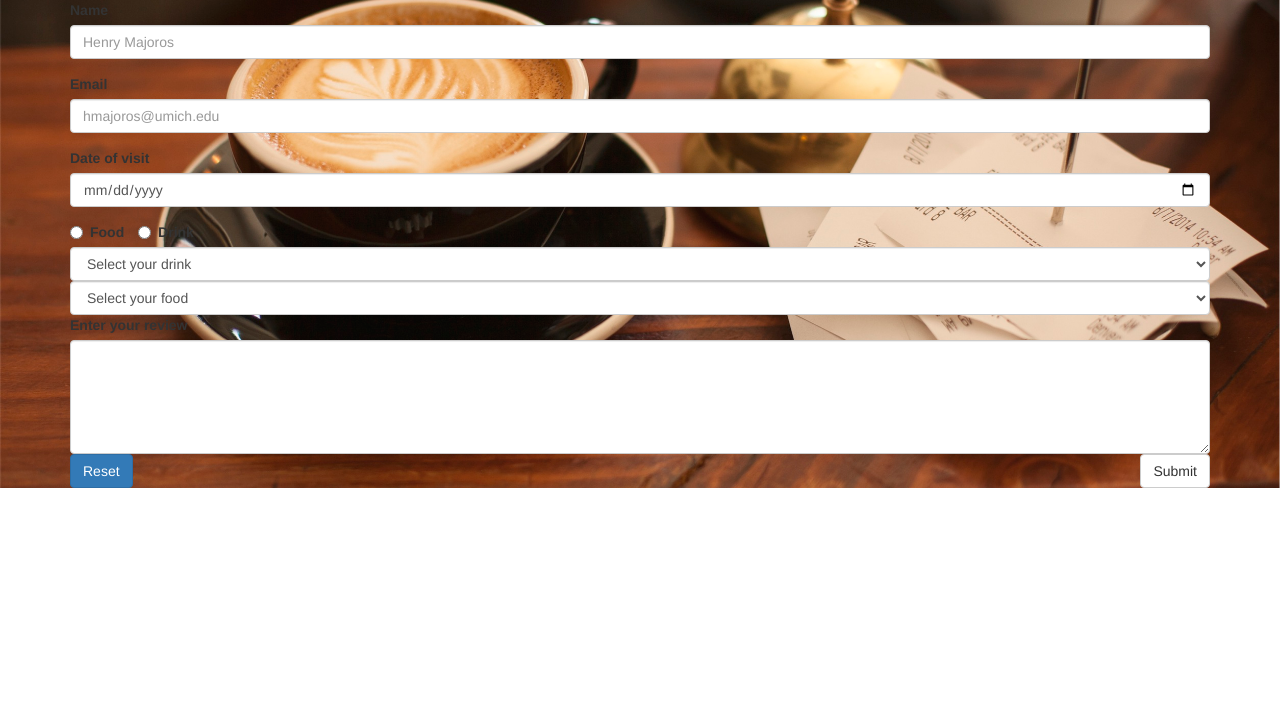
Repository: hmajoros/labcoffee
Page: http://localhost/form.html
The author's editor kept a record of every edit. The page is drawn from the files as they stood at one moment, then again after the next edit.
The browser window is 1280 px wide. The pictures show the whole page.
The page is run by PHP 8.4 with error messages shown; the project is at /var/www/html/.

Above is the page before.
Console error: SyntaxError: Unexpected token ';'

### form.html
<!DOCTYPE html>
<html lang="en"><head><meta http-equiv="Content-Type" content="text/html; charset=UTF-8">
    <meta charset="utf-8">
    <meta http-equiv="X-UA-Compatible" content="IE=edge">
    <meta name="viewport" content="width=device-width, initial-scale=1">

    <title>LAB coffee</title>

    <!-- Bootstrap core CSS -->
    <link href="stylesheets/bootstrap.min.css" rel="stylesheet">

    <!-- Custom styles for this template -->
    <link href="stylesheets/form.css" rel="stylesheet">

    <!-- HTML5 shim and Respond.js for IE8 support of HTML5 elements and media queries -->
    <!--[if lt IE 9]>
      <script src="https://oss.maxcdn.com/html5shiv/3.7.2/html5shiv.min.js"></script>
      <script src="https://oss.maxcdn.com/respond/1.4.2/respond.min.js"></script>
    <![endif]-->
  </head>

  <body>

    <div class="bg-full">

        <div class="container">
                <form>
                    <div class="form-group">
                      <label for="name">Name</label>
                      <input type="text" class="form-control" id="name" placeholder="Henry Majoros" required>
                    </div>
                    <div class="form-group">
                        <label for="email">Email</label>
                        <input type="email" class="form-control" id="email" placeholder="hmajoros@umich.edu">
                    </div>
                    <div class="form-group">
                        <label for="date">Date of visit</label>
                        <input type="date" class="form-control" id="date">
                    </div>
                    <div class="radio-inline">
                        <label><input type="radio">Food</label>
                    </div>
                    <div class="radio-inline">
                        <label><input type="radio">Drink</label>
                    </div>

                    <select class="form-control">
                        <option>Select your drink</option>

                        <optgroup label="HOT DRINKS">

                           <option>espresso</option>
                           <option>latte</option>
                           <option>macchiato</option>
                           <option>cappuccino</option>
                           <option>cafe con miel</option>
                           <option>americano</option>
                           <option>mocha</option>
                           <option>chai</option>
                           <option>hot chocolate</option>

                    <optgroup label="TEA">

                        <option>white peony organic</option>
                        <option>white jasmine peach organic</option>
                        <option>green jasmine organic</option>
                        <option>green moroccan mint</option>
                        <option>green dragon well</option>
                        <option>green himalayan jade</option>
                        <option>oolong baa zhong</option>
                        <option>oolong coconut</option>
                        <option>oolong iron goddess of mercy</option>
                        <option>oolong magnolia blossom</option>
                        <option>oolong lightly baked qin xin</option>
                        <option>black earl grey organic</option>
                        <option>black english breakfast</option>
                        <option>black vanilla</option>
                        <option>herbal blend 333 organic</option>
                        <option>herbal king crimson organic</option>
                        <option>herbal chamomile</option>
                        <option>herbal serene dream</option>
                        <option>yerba mate</option>

                           <optgroup label="COLD DRINKS">

                               <option>iced coffee cold brew</option>
                               <option>iced tea black classic</option>
                               <option>iced tea green moroccan mint</option>
                               <option>iced tea oolong plum</option>
                               <option>iced tea jasmine peach</option>
                               <option>iced tea ginger with fresh lemon</option>
                               <option>soda italian</option>
                               <option>soda french</option>
                               <option>perrier</option>

                                <optgroup label="FROZEN YOGURT">

                               <option>Chocolate</option>
                               <option>Vanilla</option>

                               <optgroup label="SNACKS">

                                <option>gluten free snacks</option>
                                <option>breads</option>
                                <option>brownies</option>
                                <option>cake by the slice</option>
                                <option>cookies</option>
                                <option>macarons</option>
                                <option>muffins</option>




                    </select>

                    <select class="form-control">
                        <option>Select your food</option>
                        <option>1</option>
                        <option>2</option>
                        <option>3</option>
                        <option>4</option>
                        <option>5</option>
                    </select>





                    <label for="review">Enter your review</label>
                    <textarea class="form-control" id="review" rows="5"></textarea>

                    <button type="reset" class="btn btn-primary pull-left">Reset</button>
                    <button type="submit" class="btn btn-default pull-right">Submit</button>

                </form>

        </div>

    </div>
    <!-- Bootstrap core JavaScript
    ================================================== -->
    <!-- Placed at the end of the document so the pages load faster -->
    <script src="js/jquery-1.11.2.min.js"></script>
    <script src="js/bootstrap.min.js"></script>
    <script src="js/form.js"></script>


</body></html>

### stylesheets/form.css
.bg-full {
    width: 100%;
    background: url('../images/formBG.jpg') no-repeat;
    background-size: cover;
    background-position: center;
}

### js/form.js
(function() {

    $(document).ready(function() {


        resizeBG();
    });

    function resizeBG() {
        var height = $(window).height(),
            width = $(window).width();

        $('.bg-full').css({
           height: height;
        });
    }

})();

Loaded but not shown: stylesheets/bootstrap.min.css (library); js/jquery-1.11.2.min.js (library); js/bootstrap.min.js (library)

After the next edit:
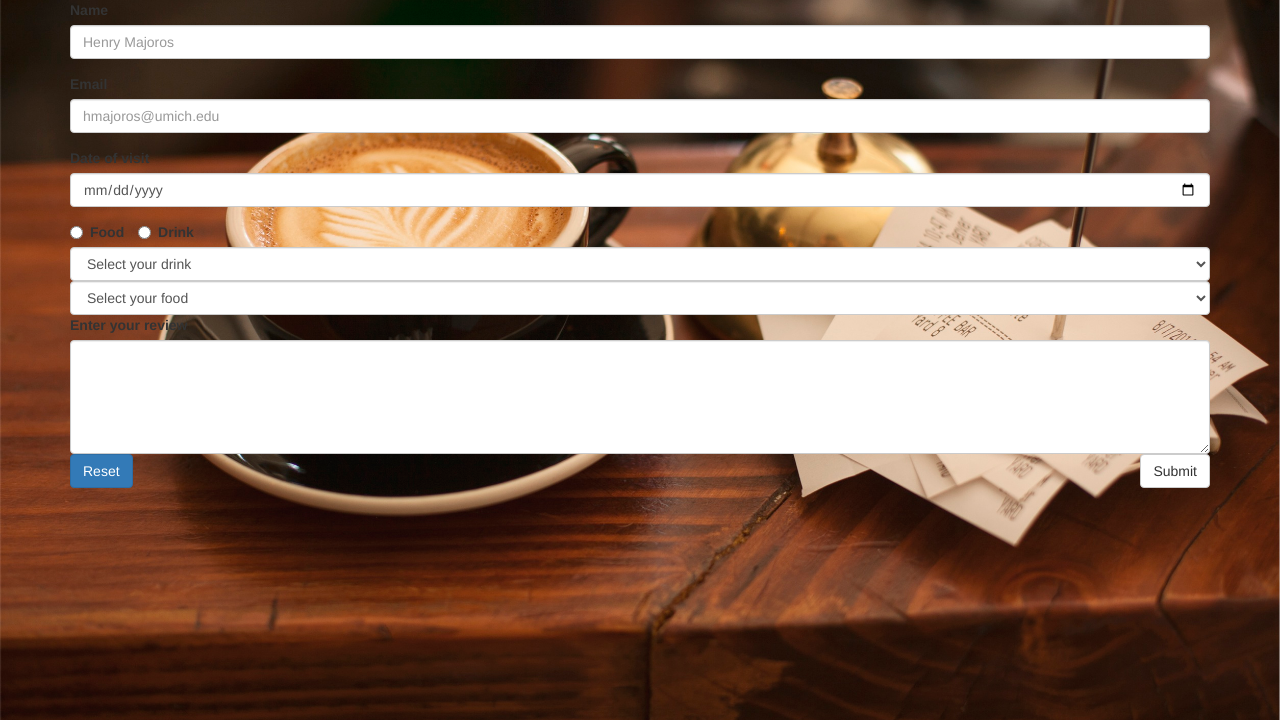
The error is gone.
The edit:
--- a/js/form.js
+++ b/js/form.js
@@ -10,9 +10,7 @@
         var height = $(window).height(),
             width = $(window).width();
 
-        $('.bg-full').css({
-           height: height;
-        });
+        $('.bg-full').css({ height: height });
     }
 
 })();
